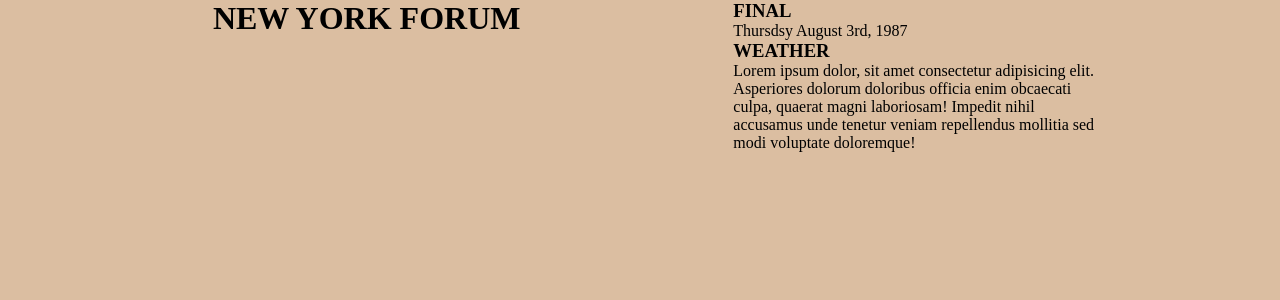
Repository: Arkitecth/newspaper-grid
Page: index.html
The author's editor kept a copy of each file at every save. The page is drawn from the files as they stood at one save, then again after the next save.
The browser window is 1280 px wide. The pictures show the whole page.

Above is the page before, as saved 2023-05-29 16:53:52.

### index.html
<!DOCTYPE html>
<html lang="en">
<head>
    <meta charset="UTF-8">
    <meta http-equiv="X-UA-Compatible" content="IE=edge">
    <meta name="viewport" content="width=device-width, initial-scale=1.0">
    <link rel="stylesheet" href="styles.css">
    <title>News Paper</title>
</head>
<body>
    <header id="header">
        <div>
            <h1>New York Forum</h1>
        </div>
        <div>
            <h3>Final</h3>
            <p>Thursdsy August 3rd, 1987</p>

            <h3>Weather</h3>
            <p>Lorem ipsum dolor, sit amet consectetur adipisicing elit. Asperiores dolorum doloribus officia enim obcaecati culpa, quaerat magni laboriosam! Impedit nihil accusamus unde tenetur veniam repellendus mollitia sed modi voluptate doloremque!</p>
        </div>
    </header>
</body>
</html>

### styles.css
* {
    padding: 0;
    margin: 0;
}

body {
    background-color: #dbbea1;
    max-width: 1100px;
}

h1,h2,h3 {
    text-transform: uppercase;
}
#header {
    display: grid;
    grid-template-columns: 2fr 1fr;
}


#header h1 {
    text-align: center;
}

After the next save:
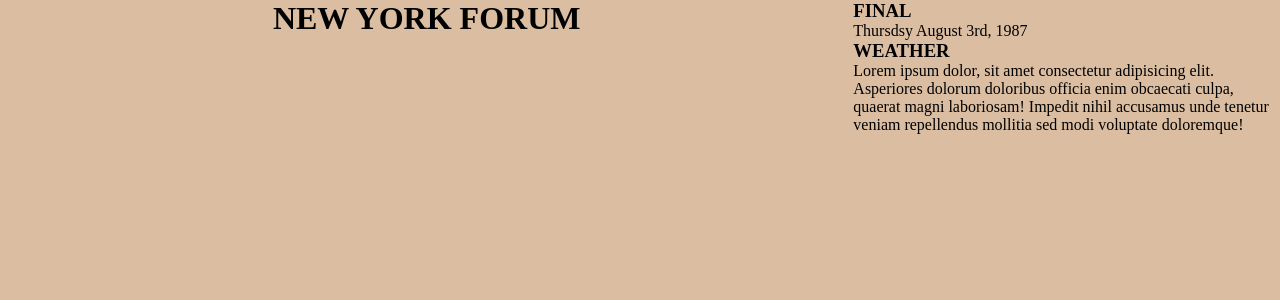
Saved 51 s later.
--- a/styles.css
+++ b/styles.css
@@ -5,7 +5,7 @@
 
 body {
     background-color: #dbbea1;
-    max-width: 1100px;
+    max-width: 1500px;
 }
 
 h1,h2,h3 {
@@ -14,6 +14,7 @@
 #header {
     display: grid;
     grid-template-columns: 2fr 1fr;
+    psdd
 }
 
 
